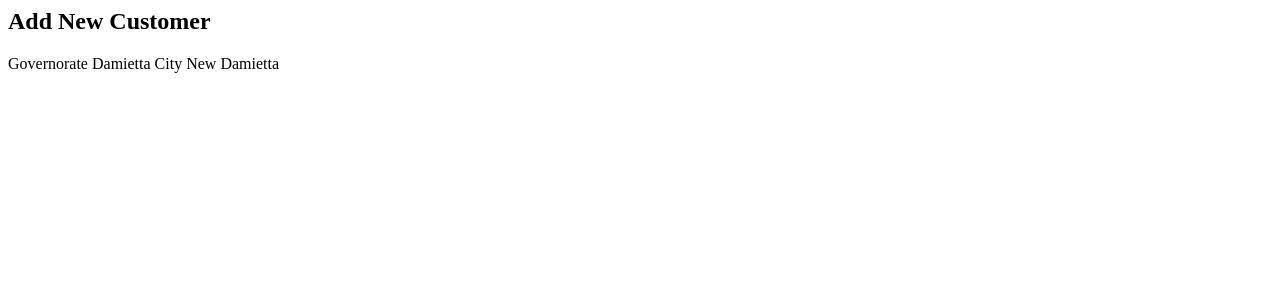
Repository: MagdyIYounis/Project-EDelivery
Page: ForntEnd/src/js/views/customers.html
The author's editor kept a copy of each file at every save. The page is drawn from the files as they stood at one save, then again after the next save.
The browser window is 1280 px wide. The pictures show the whole page.

Above is the page before, as saved 2020-06-21 01:01:38.

### ForntEnd/src/js/views/customers.html
<!--
 Copyright (c) 2014, 2020, Oracle and/or its affiliates.
 The Universal Permissive License (UPL), Version 1.0
 -->
<div class="oj-hybrid-padding">
  <h2>Add New Customer</h2>
  <oj-form-layout max-columns="3" direction="row">
    <oj-input-text
      label-hint="Code Customer"
      disabled="true"
      value="0000"
    ></oj-input-text>
    <oj-input-text label-hint="Name Customer"></oj-input-text>
    <oj-label for="Governorate">Governorate</oj-label>
    <oj-combobox-one
      id="Governorate"
      value="{{val_Governorate}}"
      style="max-width: 18.1em;"
    >
      <oj-option value="Damietta">Damietta</oj-option>
    </oj-combobox-one>
    <oj-label for="City">City</oj-label>
    <oj-combobox-one id="City" value="{{val_City}}" style="max-width: 18.1em;">
      <oj-option value="New Damietta">New Damietta</oj-option>
    </oj-combobox-one>

    <oj-input-number
      id="District_Number"
      aria-label="District_Number"
      label-hint="District Number"
      min="1"
    ></oj-input-number>

    <oj-input-number
      id="Neighboring_Number"
      aria-label="Neighboring_Number"
      label-hint="Neighboring Number"
      min="1"
    ></oj-input-number>

    <oj-input-number
      id="Block_Number"
      aria-label="Block_Number"
      label-hint="Block Number"
      min="1"
    ></oj-input-number>

    <oj-input-number
      id="Floor_Number"
      aria-label="Floor_Number"
      label-hint="Floor Number"
      min="1"
    ></oj-input-number>

    <oj-input-number
      id="Flat_Number"
      aria-label="Flat_Number"
      label-hint="Flat Number"
      min="0"
    ></oj-input-number>
    <oj-text-area id="info" label-hint="Info" rows="3"> </oj-text-area>
  </oj-form-layout>
</div>

After the next save:
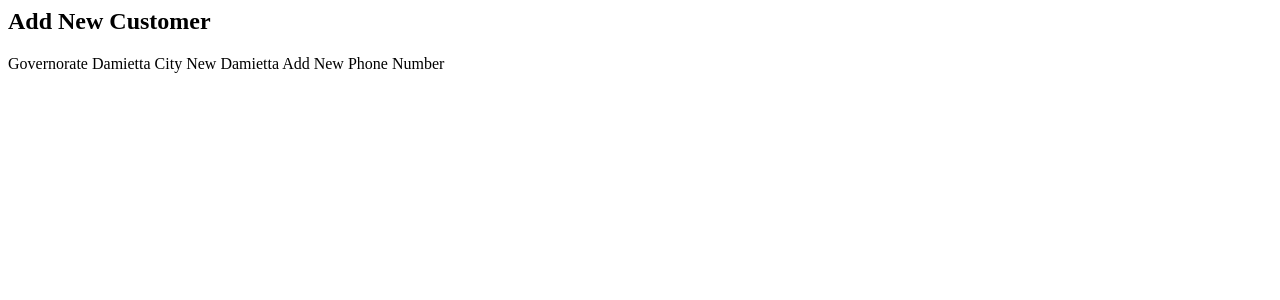
Saved 19 h 11 min later.
--- a/ForntEnd/src/js/views/customers.html
+++ b/ForntEnd/src/js/views/customers.html
@@ -59,5 +59,13 @@
       min="0"
     ></oj-input-number>
     <oj-text-area id="info" label-hint="Info" rows="3"> </oj-text-area>
+    <oj-label for="Phone Number">Add New Phone Number</oj-label>
+    <oj-combobox-many
+      id="Phone Number"
+      options="[[browsers]]"
+      on-value-changed="[[valueChangeHandler]]"
+      style="max-width: 20em;"
+    >
+    </oj-combobox-many>
   </oj-form-layout>
 </div>
